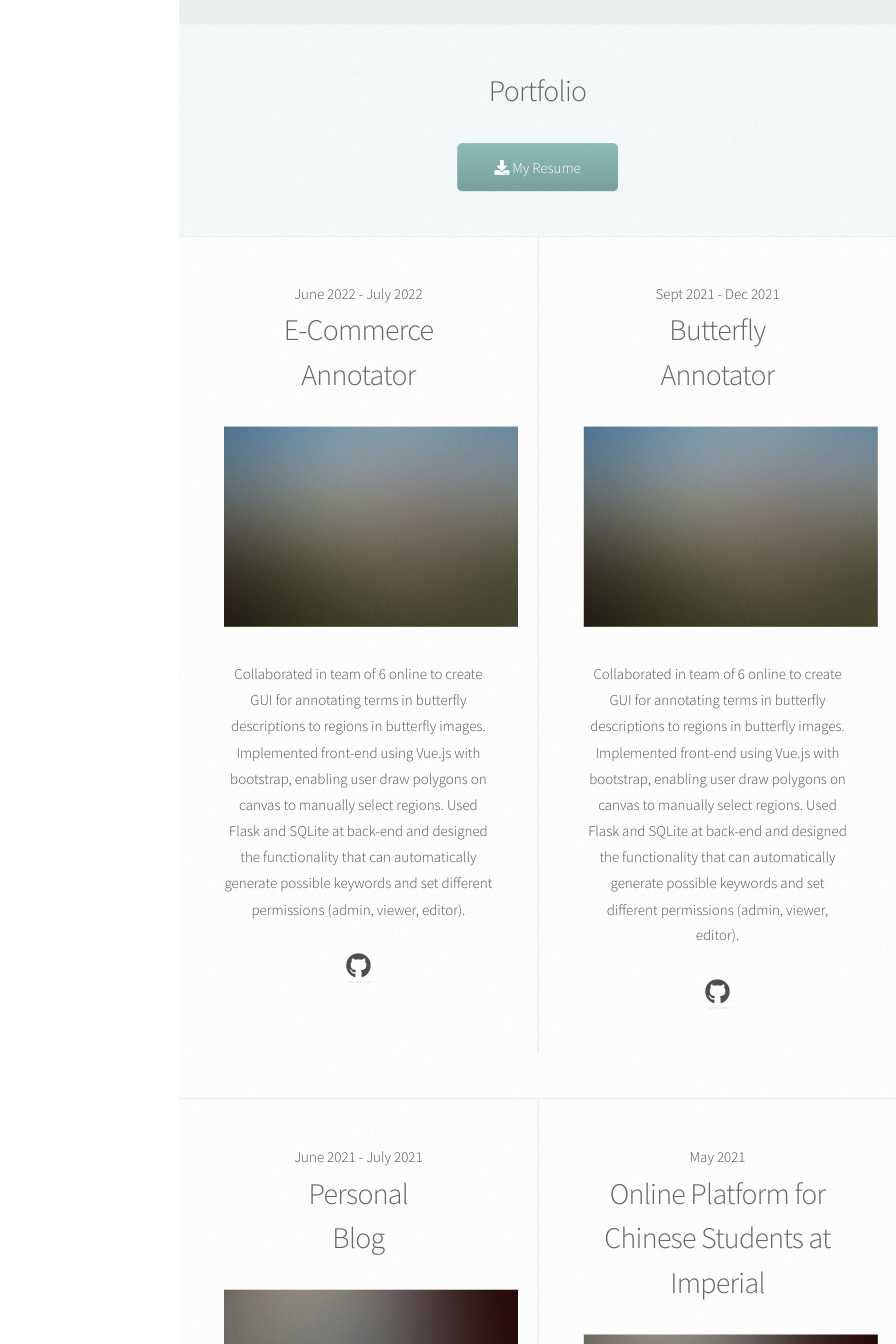
Repository: Felixqxz/Felixqxz.github.io
Page: index.html
These files come from the project's save history. The page is drawn as it stood at one moment and after the next save; the edit follows.
The browser window is 1280 px wide. The pictures show the part of the page from y = 1279 to 3199 px (the page is 5614 px tall), at 70% of full size.

Above is the page before, as saved 2022-07-28 23:41:42.

### index.html
<!DOCTYPE HTML>
<!--
	Prologue by HTML5 UP
	html5up.net | @ajlkn
	Free for personal and commercial use under the CCA 3.0 license (html5up.net/license)
-->
<html>
	<head>
		<title>Prologue by HTML5 UP</title>
		<meta charset="utf-8" />
		<meta name="viewport" content="width=device-width, initial-scale=1, user-scalable=no" />
		<link rel="stylesheet" href="assets/css/main.css" />
	</head>
	<body class="is-preload">

		<!-- Header -->
			<div id="header">

				<div class="top">

					<!-- Logo -->
						<div id="logo">
							<span class="image avatar48"><img src="images/avatar.jpg" alt="" /></span>
							<h1 id="title">Xingzhi Qian</h1>
							<p>Imperial College London</p>
						</div>

					<!-- Nav -->
						<nav id="nav">
							<ul>
								<li><a href="#top" id="top-link"><span class="icon solid fa-home">Intro</span></a></li>
								<li><a href="#about" id="about-link"><span class="icon solid fa-user">About Me</span></a></li>
								<li><a href="#portfolio" id="portfolio-link"><span class="icon solid fa-th">Portfolio</span></a></li>
								<!-- <li><a href="#contact" id="contact-link"><span class="icon solid fa-envelope">Contact</span></a></li> -->
							</ul>
						</nav>

				</div>

				<div class="bottom">

					<!-- Social Icons -->
						<ul class="icons">
							<li><a href="https://github.com/Felixqxz" class="icon brands fa-github"><span class="label">Github</span></a></li>
							<li><a href="https://www.linkedin.com/in/felixqian" class="icon brands fa-linkedin"><span class="label">LinkedIn</span></a></li>
							<li><a href="mailto: xingzhi.qian19@imperial.ac.uk" class="icon solid fa-envelope"><span class="label">Email</span></a></li>
							<li><a href="https://www.instagram.com/felix_qxz" class="icon brands fa-instagram"><span class="label">Instagram</span></a></li>
						</ul>

				</div>

			</div>

		<!-- Main -->
			<div id="main">

				<!-- Intro -->
					<section id="top" class="one dark cover">
						<div class="container">

							<header>
								<h2 class="alt">Hi! I'm <strong>Xingzhi (Felix)</strong>,</h2>
								<h2>a fourth year MEng Computing student at</h2>
								<h2>Imperial College London</h2>
							</header>

							<footer>
								<a href="#about" class="button scrolly">Explore more</a>
							</footer>

						</div>
					</section>


					<!-- About Me -->
					<section id="about" class="three">
						<div class="container">

							<header>
								<h2>About Me</h2>
							</header>

							<a href="#" class="image featured"><img src="images/pic08.jpg" alt="" /></a>

							<p>I'm Xingzhi (Felix) Qian, a fourth year MEng student studying computing (Artificial Intelligence and Machine Learning) at Imperial College London. </p>
							<p>I was born in Changshu, a beautiful city on the east coast of China. I love music, sports, playing games and travelling in my spare time.
								I'm really enthusiastic about learning latest technologies and new skills.
							</p>

						</div>
					</section>

					<!-- Portfolio -->
					<section id="portfolio" class="two">
						<div class="container">

							<header>
								<h2>Portfolio</h2>
							</header>

							<a href="assets/CV.pdf" class="button" target="_blank"><i class="fa fa-download"></i>  My Resume</a>

						</div>
					</section>

					<section class="posts">
						<article>
							<header>
								<span class="date">June 2022 - July 2022</span>
								<h2>E-Commerce<br />
								Annotator</a></h2>
							</header>
							<img src="images/pic02.jpg" alt="" /><br><br>
							<p>Collaborated in team of 6 online to create GUI for annotating terms in butterfly descriptions to regions in butterfly images.
							Implemented front-end using Vue.js with bootstrap, enabling user draw polygons on canvas to manually select regions.
							Used Flask and SQLite at back-end and designed the functionality that can automatically generate possible
							keywords and set different permissions (admin, viewer, editor).
							</p>
							<a href="https://github.com/Felixqxz/butterfly-annotator" class="icon brands fa-github" style="font-size:36px"><span class="label">Github</span></a>
						</article>
						<article>
							<header>
								<span class="date">Sept 2021 - Dec 2021</span>
								<h2>Butterfly<br />
								Annotator</a></h2>
							</header>
							<img src="images/pic02.jpg" alt="" /><br><br>
							<p>Collaborated in team of 6 online to create GUI for annotating terms in butterfly descriptions to regions in butterfly images.
							Implemented front-end using Vue.js with bootstrap, enabling user draw polygons on canvas to manually select regions.
							Used Flask and SQLite at back-end and designed the functionality that can automatically generate possible
							keywords and set different permissions (admin, viewer, editor).
							</p>
							<a href="https://github.com/Felixqxz/butterfly-annotator" class="icon brands fa-github" style="font-size:36px"><span class="label">Github</span></a>
						</article>
						<article>
							<header>
								<span class="date">June 2021 - July 2021</span>
								<h2>Personal<br />
								Blog</h2>
							</header>
							<img src="images/pic03.jpg" alt="" /><br><br>
							<p>Created and built up the personal blog that enables different users to add their own blogs with Markdown format.
								Implemented front-end using Vue with element-UI, and back-end using Spring boot with MySQL. Used JWT (JSON Web Tokens) to ensure
								security between front-end and back-end.
							</p><br><br>
							<a href="https://github.com/Felixqxz/blog" class="icon brands fa-github" style="font-size:36px"><span class="label">Github</span></a>
						</article>
						<article>
							<header>
								<span class="date">May 2021</span>
								<h2>Online Platform for<br />
									 Chinese Students at Imperial</h2>
							</header>
							<img src="images/pic03.jpg" alt="" /><br><br>
							<p>Built up a mobile app that provides a platform for Chinese students at Imperial College to post problem that they would like to ask or share.
								Interviewed a few Chinese students in different years at Imperial and improved the software based on their feedback during the project iterations.
								Implemented using Swift for both front-end and back-end with Firebase as cloud-based NoSQL database.

							</p><br><br>
							<a href="https://github.com/Felixqxz/drp" class="icon brands fa-github" style="font-size:36px"><span class="label">Github</span></a>
						</article>
						<article>
							<header>
								<span class="date">Oct 2020 - Dec 2020</span>
								<h2>WACC<br />
								Compiler</h2>
							</header>
							<img src="images/pic03.jpg" alt="" /><br><br>
							<p>Worked in team of 4 online to build up Wacc compiler that generates assembly code using Java. Wacc is a simple language for educational purposes.
								Generated the language parser and constructed abstract syntax tree using ANTLR tool.
								Allowed for syntax and semantic checking of inputs and generate error messages according to both syntax and semantic error.


							</p><br><br>
							<a href="https://github.com/Felixqxz/Wacc" class="icon brands fa-github" style="font-size:36px"><span class="label">Github</span></a>
						</article>
						<article>
							<header>
								<span class="date">June 2018 - July 2018</span>
								<h2>Cataracts Classification<br /> Using SqueezeNet</h2>
							</header>
							<img src="images/pic03.jpg" alt="" /><br><br>
							<p>Used SqueezeNet, a deep neural network with few parameters, on cataracts classification that can help
								ophthalmologists diagnose different types of cataracts with images, achieving accuracy on test data at 96%.
								Generated and applied data augmentation to preprocess data for labeled datasets, and trained model with
								transfer learning using Keras and TensorFlow.
								Came up with the idea from volunteering in ophthalmology department and finding it took ophthalmologists
								time to diagnose different types of cataracts.


							</p>
							<a href="https://github.com/Felixqxz/cataracts-classification" class="icon brands fa-github" style="font-size:36px"><span class="label">Github</span></a>
						</article>
					</section>



				<!-- Contact -->
					<!-- <section id="contact" class="four">
						<div class="container">

							<header>
								<h2>Contact</h2>
							</header>

							<p>Elementum sem parturient nulla quam placerat viverra
							mauris non cum elit tempus ullamcorper dolor. Libero rutrum ut lacinia
							donec curae mus. Eleifend id porttitor ac ultricies lobortis sem nunc
							orci ridiculus faucibus a consectetur. Porttitor curae mauris urna mi dolor.</p>

							<form method="post" action="#">
								<div class="row">
									<div class="col-6 col-12-mobile"><input type="text" name="name" placeholder="Name" /></div>
									<div class="col-6 col-12-mobile"><input type="text" name="email" placeholder="Email" /></div>
									<div class="col-12">
										<textarea name="message" placeholder="Message"></textarea>
									</div>
									<div class="col-12">
										<input type="submit" value="Send Message" />
									</div>
								</div>
							</form>

						</div>
					</section> -->

			</div>

		<!-- Footer -->
			<div id="footer">

				<!-- Copyright -->
					<ul class="copyright">
						<li>&copy; Copyright © 2022 Xingzhi Qian All Rights Reserved.</li><br>
						<li>&copy; Created by Xingzhi Qian </li>
					</ul>

			</div>

		<!-- Scripts -->
			<script src="assets/js/jquery.min.js"></script>
			<script src="assets/js/jquery.scrolly.min.js"></script>
			<script src="assets/js/jquery.scrollex.min.js"></script>
			<script src="assets/js/browser.min.js"></script>
			<script src="assets/js/breakpoints.min.js"></script>
			<script src="assets/js/util.js"></script>
			<script src="assets/js/main.js"></script>

	</body>
</html>

Loaded but not shown: assets/js/jquery.min.js (library); assets/js/jquery.scrolly.min.js (common file); assets/js/jquery.scrollex.min.js (common file); assets/js/browser.min.js (common file); assets/js/breakpoints.min.js (common file); assets/css/fontawesome-all.min.css (library); assets/js/util.js (587 lines, source omitted); assets/js/main.js (123 lines, source omitted); assets/css/main.css (2799 lines, source omitted)

After the next save:
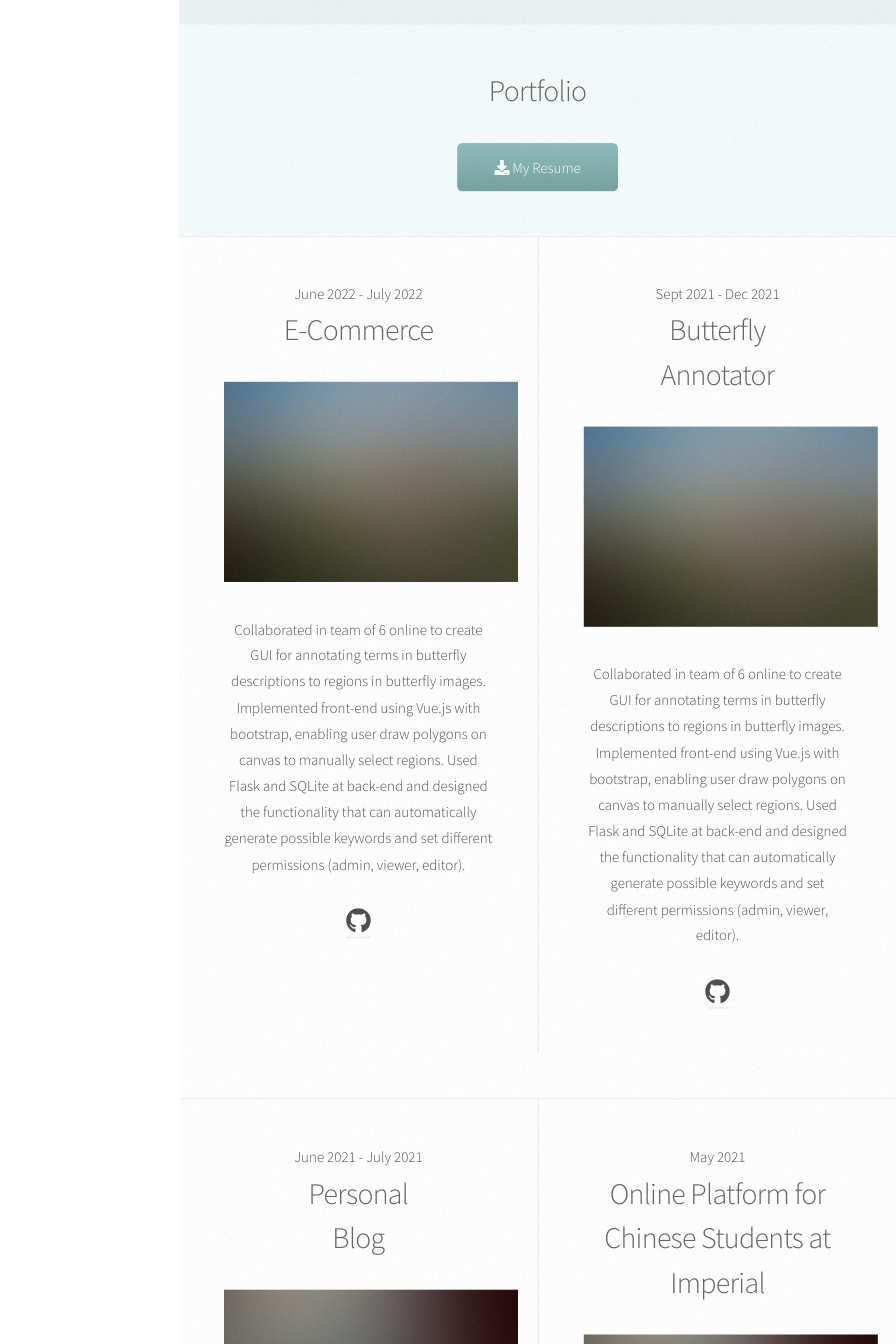
Saved 5 s later.
--- a/index.html
+++ b/index.html
@@ -108,7 +108,7 @@
 							<header>
 								<span class="date">June 2022 - July 2022</span>
 								<h2>E-Commerce<br />
-								Annotator</a></h2>
+								</a></h2>
 							</header>
 							<img src="images/pic02.jpg" alt="" /><br><br>
 							<p>Collaborated in team of 6 online to create GUI for annotating terms in butterfly descriptions to regions in butterfly images.

After the 4 saves that followed:
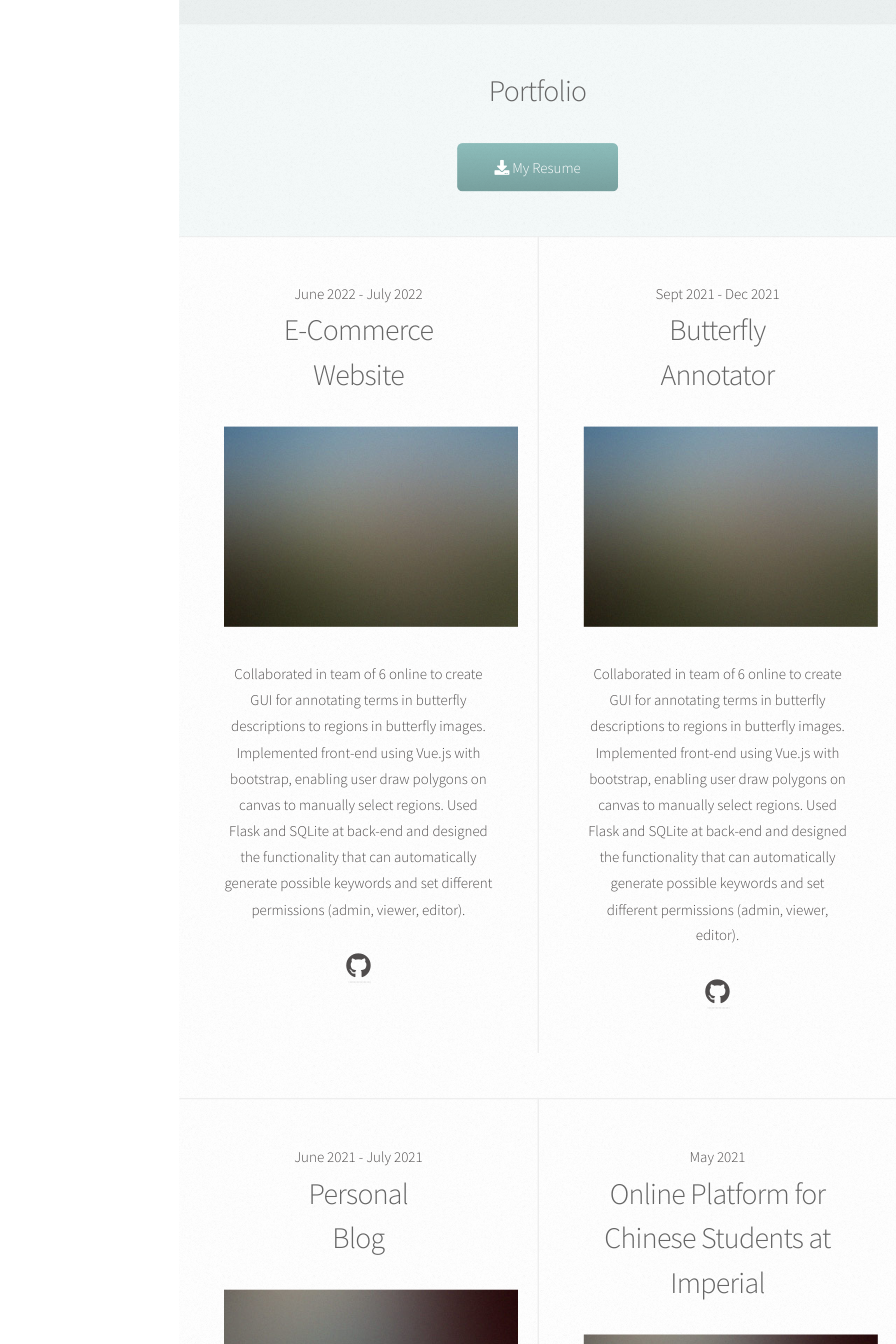
The 4 saves are shown as one change because 1 left the picture as it was and some came seconds apart.
The last was saved 23 s later.
--- a/index.html
+++ b/index.html
@@ -108,7 +108,7 @@
 							<header>
 								<span class="date">June 2022 - July 2022</span>
 								<h2>E-Commerce<br />
-								</a></h2>
+								Website</a></h2>
 							</header>
 							<img src="images/pic02.jpg" alt="" /><br><br>
 							<p>Collaborated in team of 6 online to create GUI for annotating terms in butterfly descriptions to regions in butterfly images.
